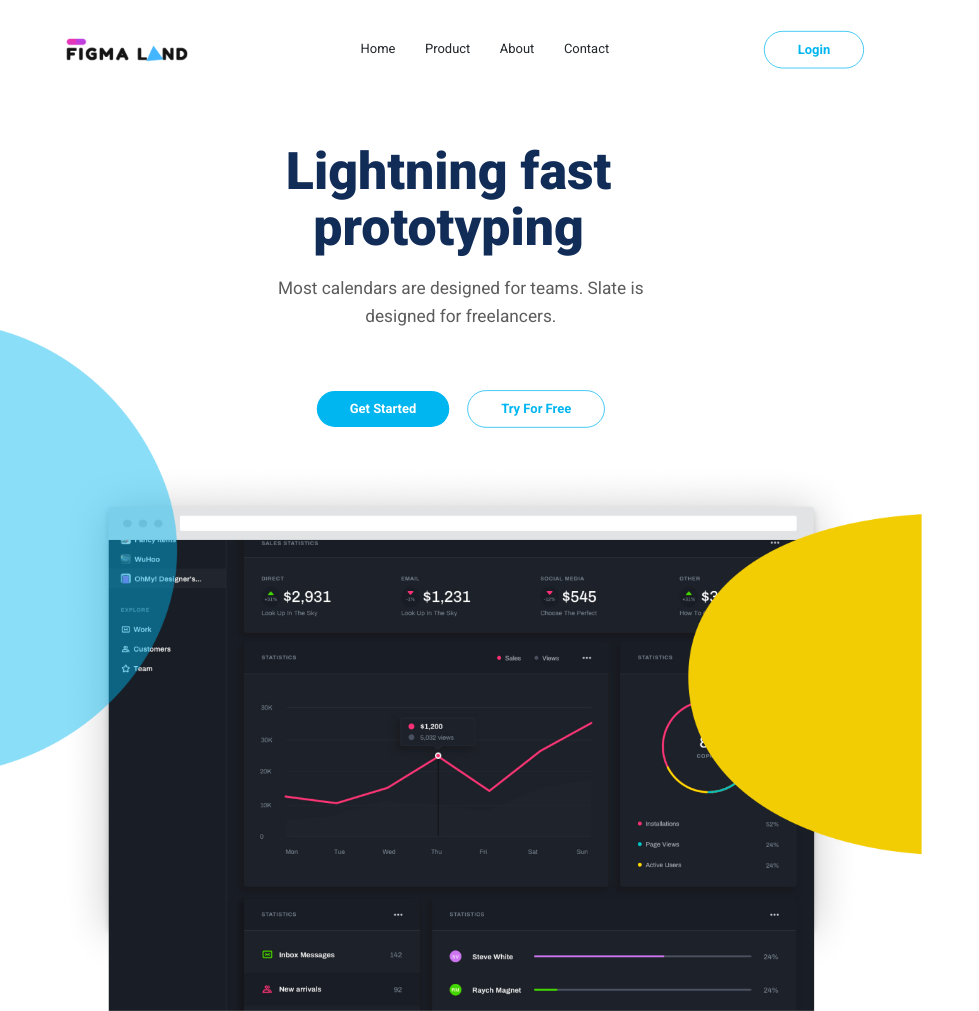
Repository: tungcutte35/Figma-Land
Page: sass/index.html
An editor plug-in stored every save of this project. The page is shown before and after the next save, followed by the edit.
The browser window is 1280 px wide. The page is 1280 px wide, then 1360 px, so the pictures cover 1360 px, including what lies to the right of the window. The pictures show the whole page, at 72% of full size.
The style sheet was rebuilt from its Sass, Less or Tailwind sources for each picture, by a compiler version that may differ from the author's.

Above is the page before, as saved 2021-10-23 16:46:57.

### sass/index.html
<!DOCTYPE html>
<html lang="en">
<head>
  <meta charset="UTF-8">
  <meta http-equiv="X-UA-Compatible" content="IE=edge">
  <meta name="viewport" content="width=device-width, initial-scale=1.0">
  <title>Figma Land</title>
  <link rel="stylesheet" href="./css/app.css">
  <link rel="preconnect" href="https://fonts.googleapis.com">
  <link rel="preconnect" href="https://fonts.gstatic.com" crossorigin>
  <link href="https://fonts.googleapis.com/css2?family=Roboto:wght@400;700;900&display=swap" rel="stylesheet">
</head>
<body>
 <div class="wrapper">
   <header class="header">
    <div class="container">
      <div class="header-container">
        <div class="header-img">
          <a href="#">
            <img srcset="./images/logo.png 2x" alt="">
          </a>
        </div>
        <ul class="menu">
          <li class="menu-item">
            <a href="#" class="menu-link">Home</a>
          </li>
          <li class="menu-item">
            <a href="#" class="menu-link">Product</a>
          </li>
          <li class="menu-item">
            <a href="#" class="menu-link">About</a>
          </li>
          <li class="menu-item">
            <a href="#" class="menu-link">Contact</a>
          </li>
        </ul>
        <div class="header-login">
          <button class="button button--outline">Login</button>
        </div>

      </div>
    </div>
   </header>
   <section class="lightning">
     <div class="container">
       <div class="lightning-container">
         <div class="lightning-header">
           <h2 class="lightning-heading">Lightning fast
            prototyping</h2>
           <p class="text lightning-content">
            Most calendars are designed for teams. Slate is
            designed for freelancers.
           </p>
           <div class="lightning-button">
             <button class="button button--primary">Get Started</button>
             <button class="button button--outline">Try For Free</button>
           </div>
         </div>
       </div>
       <div class="lighning-img">
        <img srcset="./images/img.png 2x" alt="" class="">
       </div>
         <img srcset="./images/Vector.png 2x" alt="" class="lightning-vector1">
         <img srcset="./images/Vector2.png 2x" alt="" class="lightning-vector2">

     </div>
   </section>

 </div>
</body>
</html>

### sass/app.scss
@import "./reset";
@import "./variables";
@import "./global";
@import "./header";
@import "./menu";
@import "./lightning";

### sass/_variables.scss
$font: "Roboto", sans-serif;
$primary-color: #00b6f0;
$heading-color: #20262a;
$text-color: #5c5c5c;
$secondary-color: #112d57;

### sass/_global.scss
.wrapper {
  max-width: 1282px;
  margin: 0 auto;
}
.container {
  max-width: 1160px;
  margin: 0 auto;
  padding: 0 20px;
}
body {
  font-family: $font;
  line-height: 1;
  font-size: 18px;
  color: $heading-color;
}
ul {
  list-style-type: none;
}
.button {
  display: inline-flex;
  justify-content: center;
  align-items: center;
  font-size: 18px;
  font-weight: 700;
  // height: 50px;
  line-height: 1;
  font-family: $font;
  padding: 16px 46px;
  border-radius: 85px;
  background-color: transparent;
  border: 0;
  outline: none;
  cursor: pointer;
  transition-duration: 0.4s;

  &--primary {
    color: #fff;
    background-color: $primary-color;
    &:hover {
      color: $primary-color;
      background-color: transparent;
      border: 1.4px solid $primary-color;
    }
  }
  &--outline {
    color: $primary-color;
    border: 1.4px solid $primary-color;
    &:hover {
      background-color: $primary-color;
      color: white;
    }
  }
}

.heading {
  color: $heading-color;
  font-weight: 700;
  font-size: 56px;
  line-height: calc(65 / 56);
}
.text {
  font-size: 24px;
  font-weight: 450;
  color: $text-color;
  line-height: calc(38 / 24);
}

### sass/_header.scss
.header {
  margin-top: 30px;
  margin-bottom: 91px;

  &-container {
    display: flex;
    justify-content: space-between;
    align-items: center;
  }
}

### sass/_menu.scss
.menu {
  display: flex;

  gap: 0 41px;
  &-item {
    display: flex;
    align-items: center;
    justify-content: center;
  }
  &-link {
    color: inherit;
    &:after {
      display: block;
      content: "";
      border-bottom: solid 2px $primary-color;
      transform: scaleX(0);
      transition: transform 250ms ease-in-out;
    }
    &:hover:after {
      transform: scaleX(1);
    }
    &:hover {
      color: $primary-color;
    }
  }
}

### sass/_lightning.scss
.lightning {
  &-container {
    display: flex;
    align-items: center;
    justify-content: center;
    gap: 0 25px;
    position: relative;
  }
  &-header {
    text-align: center;
    max-width: 544px;
  }
  &-heading {
    max-width: 510px;
    font-weight: 900;
    font-size: 72px;
    line-height: calc(78 / 72);
    color: $secondary-color;
    margin-bottom: 27px;
  }
  &-content {
    margin-bottom: 84px;
  }
  &-button {
    display: flex;
    align-items: center;
    justify-content: center;
    gap: 0 25px;
    margin-bottom: 45px;
  }
  &-vector1 {
    position: absolute;
    left: 0;
    bottom: -50%;
  }
  &-vector2 {
    position: absolute;
    right: 0;
    bottom: -65%;
  }
  &-img {
    position: absolute;
    bottom: -135%;
    z-index: 99;
  }
}

Loaded but not shown: sass/_reset.scss (common file)

After the next save:
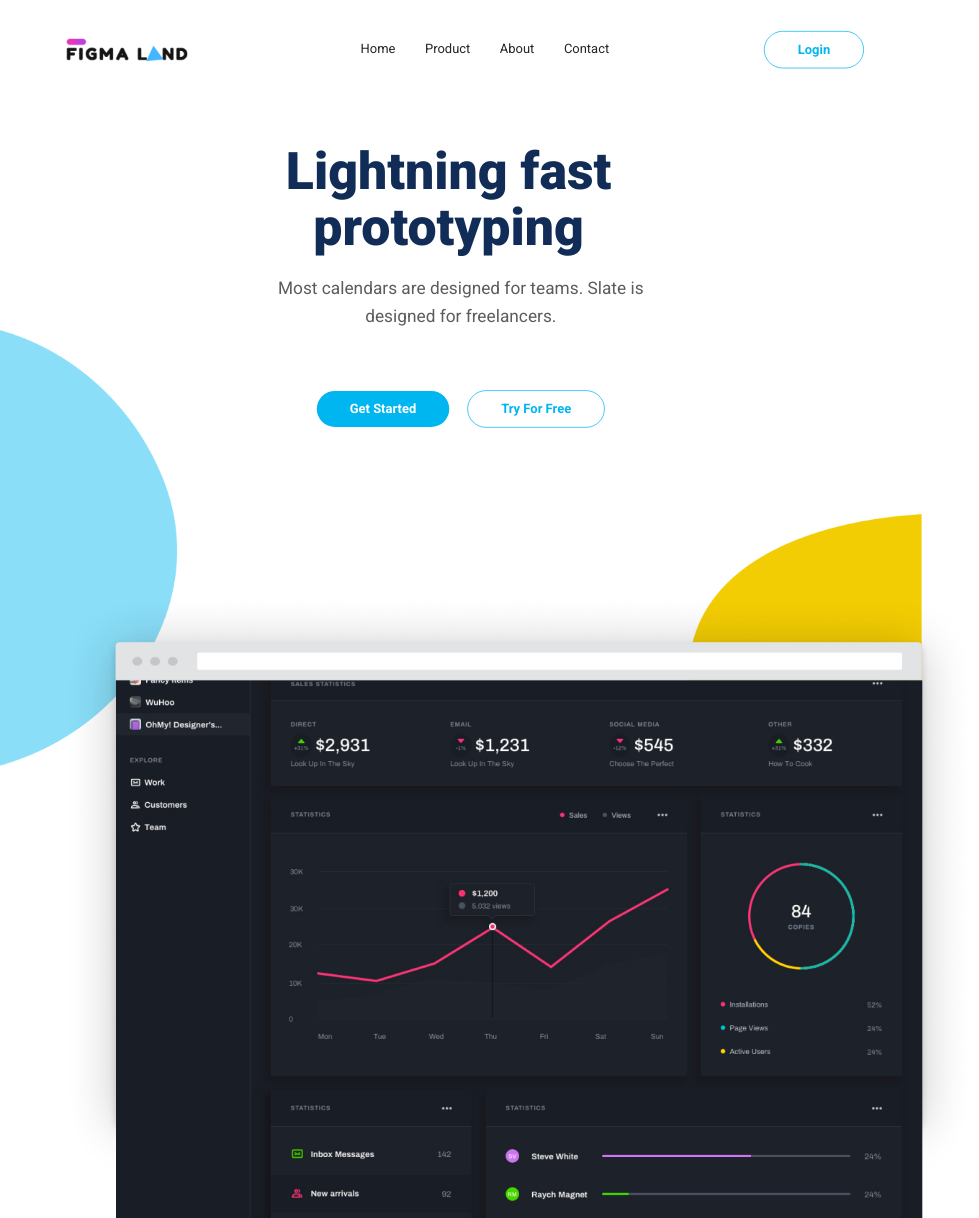
Saved 30 s later.
--- a/sass/index.html
+++ b/sass/index.html
@@ -57,12 +57,9 @@
            </div>
          </div>
        </div>
-       <div class="lighning-img">
-        <img srcset="./images/img.png 2x" alt="" class="">
-       </div>
+       <img srcset="./images/img.png 2x" alt="" class="lightning-img">
          <img srcset="./images/Vector.png 2x" alt="" class="lightning-vector1">
          <img srcset="./images/Vector2.png 2x" alt="" class="lightning-vector2">
-
      </div>
    </section>
 
